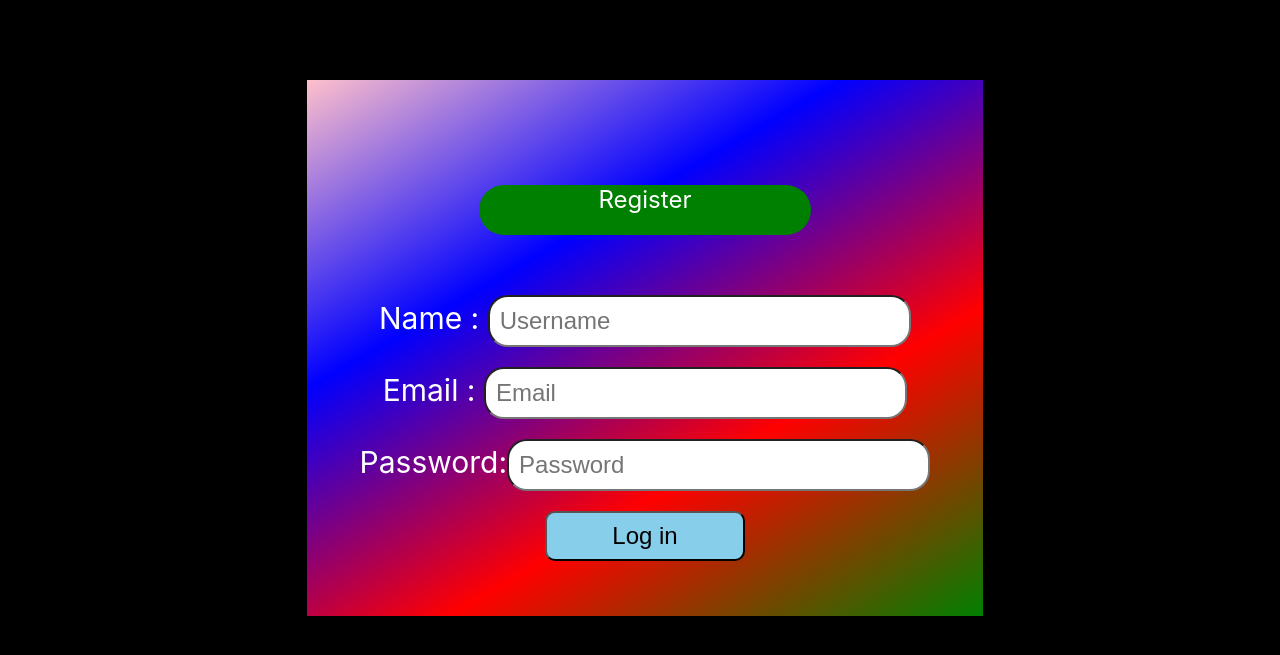
Repository: abhaysharma20233009/swiftKey
Page: /login (app in frontend/my-app/)
An editor plug-in stored every save of this project. The page is shown before and after the next save, followed by the edit.
The browser window is 1280 px wide. The pictures show the whole page.
The project was rebuilt for these pictures with package versions that can differ from the ones it lists, and the page was loaded fresh each time. Also part of the build but not shown: frontend/my-app/src/Swifts.js, frontend/my-app/src/Results.js.

Above is the page before, as saved 2024-10-10 20:31:17.

### frontend/my-app/src/App.js
//App.js

import './App.css';
import React from 'react';
import { BrowserRouter as Router, Route, Routes } from 'react-router-dom';
import Swift from './Swifts';
import Results from './Results';
import Login from './Login';
const App = () => {
    return (
        <Router>
			<div className="App">
            <Routes>
                <Route path="/" element={<Swift />} />
                <Route path="/results" element={<Results />} />
                <Route path="/login" element={<Login />} />
            </Routes>
			</div>
        </Router>
    );
};

export default App;

### frontend/my-app/src/App.css
.App {
  text-align: center;
  color:white;
}

body{
  background-color:black;
}

.log{
  color:black;
  margin-left: 10px;
  margin-right: 10px;
  background-color: skyblue;
  border-radius: 10px;
  height:50px;
  width:200px;
  justify-self: end;
  font-size: x-large;
  margin-top:10px;
  margin-bottom:50px;
}




.in{
  border-radius:20px;
  font-size: 24px;
  width: 60%;
  padding: 10px;
  margin: 10px 0;
}

.hea{
  margin-top: 100px;
  margin-bottom: 50px;
  margin-left:25%;
  background-color: lightgray;
  font-size: 24px;
  background-color:green;
  width:50%;
  height:50px;
  border-radius:30px;
  text-align: center;
}

.lo{
  text-align:center;
}
.Timer{
  height:50px;
  font-size:30px;
  margin-bottom: 10px;
  background-color:green;
  width:50px;
  margin-left:48%;
  border-radius: 15px;
}

.form{
  font-size: 30px;
  margin-top:80px;
  padding:5px;
  background:linear-gradient(150deg,pink,blue,red,green);
  background-color:rgb(169, 90, 63);
  width:52%;
  height:100%;
  margin-left:24%;
}

### frontend/my-app/src/Login.js
// Register.js
import React, { useState } from 'react';
import { useNavigate } from 'react-router-dom';
const Login = () => {
    const [username, setUsername] = useState('');
    const [email, setEmail] = useState('');
    const [password, setPassword] = useState('');

    const navigate = useNavigate();
    const fetchUser = async () => {
        try {
            await fetch('http://localhost:7000/login');

        } catch (error) {
            console.error('Error fetching messages:', error);
        }
    };

    const log = async () => {
        try {
            navigate('/', { state: { username,email } });
            const response = await fetch('http://localhost:7000/login', {
                method: 'POST',
                headers: {
                    'Content-Type': 'application/json',
                },
                body: JSON.stringify({ userName: username, email, password }),
            });

            if (!response.ok) {
                const errorData = await response.json();
                alert(errorData.message || errorData.error);
                return;
            }else{
                alert("user successfully registered");
            }
            // Reset fields
            setUsername('');
            setPassword('');

            // Navigate to Swifts with username

            await fetchUser();

        } catch (error) {
            console.error('Error login:', error);
        }
    }


    return (
        <div>

            <form className ="form">
            <div  className='hea'>Register</div>
               Name  :   <input
                    className="in"
                    type="text"
                    placeholder="Username"
                    value={username}
                    onChange={(e) => setUsername(e.target.value)}
                    required
                />
                <br/>
                 Email   : <input
                className="in"
                    type="email"
                    placeholder="Email"
                    value={email}
                    onChange={(e) => setEmail(e.target.value)}
                    required
                />
                <br/>
                Password:<input

                className="in"
                    type="password"
                    placeholder="Password"
                    value={password}
                    onChange={(e) => setPassword(e.target.value)}
                    required
                />
                <br/>
                <button className="log" onClick={log}>Log in</button>
            </form>
        </div>
    );
};

export default Login;

Loaded but not shown: frontend/my-app/public/index.html (common file); frontend/my-app/src/index.js (common file); frontend/my-app/src/index.css (common file); frontend/my-app/src/reportWebVitals.js (common file)

After the next save:
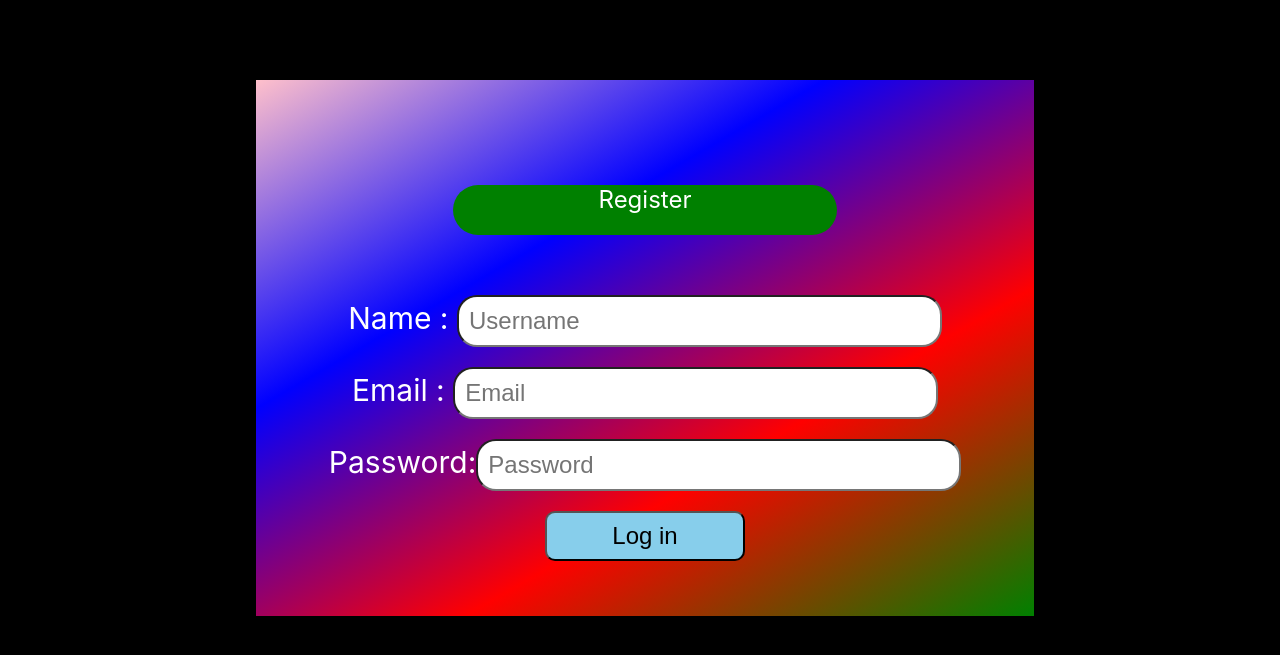
Saved 36 s later.
--- a/frontend/my-app/src/App.css
+++ b/frontend/my-app/src/App.css
@@ -64,7 +64,7 @@ body{
   padding:5px;
   background:linear-gradient(150deg,pink,blue,red,green);
   background-color:rgb(169, 90, 63);
-  width:52%;
+  width:60%;
   height:100%;
-  margin-left:24%;
+  margin-left:20%;
 }
